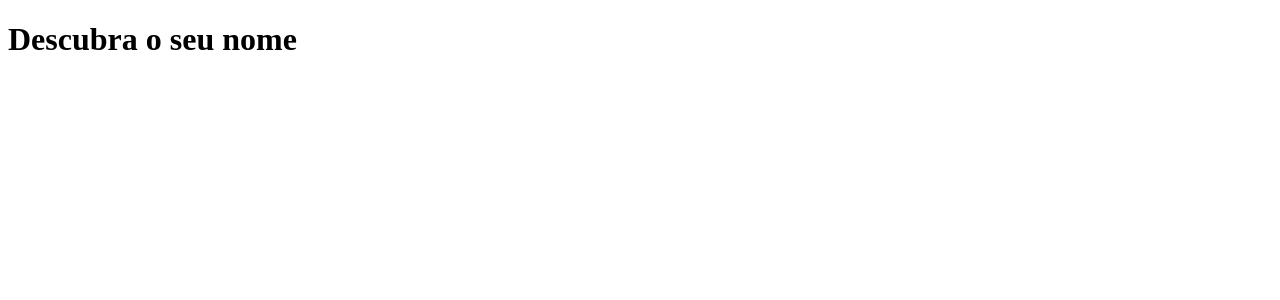
Repository: analessp/seu-nome-dev
Page: index.html
The author's editor kept a copy of each file at every save. The page is drawn from the files as they stood at one save, then again after the next save.
The browser window is 1280 px wide. The pictures show the whole page.

Above is the page before, as saved 2025-05-13 10:33:37.

After the next save:
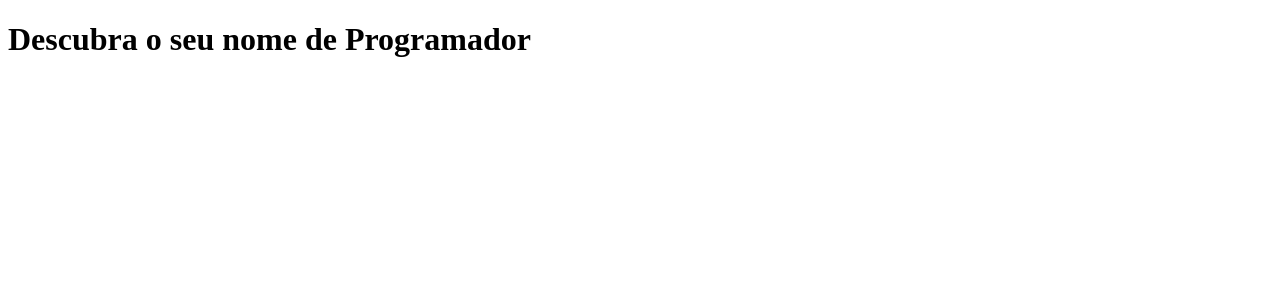
Saved 5 s later.
--- a/index.html
+++ b/index.html
@@ -8,7 +8,7 @@
 </head>
 <body>
     <div class="container">
-        <h1>Descubra o seu nome</h1>
+        <h1>Descubra o seu nome de Programador</h1>
     </div>
 
 </body>
